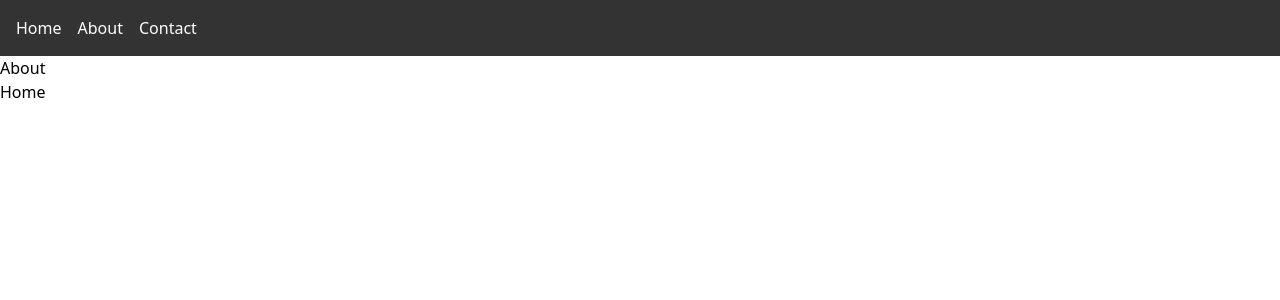
Repository: mamed259/test_app_vue3_nuxt_pinia
Page: /about
These files come from the project's save history. The page is drawn as it stood at one moment and after the next save; the edit follows.
The browser window is 1280 px wide. The pictures show the whole page.
The project was rebuilt for these pictures with package versions that can differ from the ones it lists, and the page was loaded fresh each time. The framework's server and built-in components were replaced by stand-ins that run in the browser. Also part of the build but not shown: nuxt.config.ts, components/BackButton.vue, components/CategoryItem.vue, components/Loading.vue.

Above is the page before, as saved 2024-06-05 10:31:09.

After the next save:
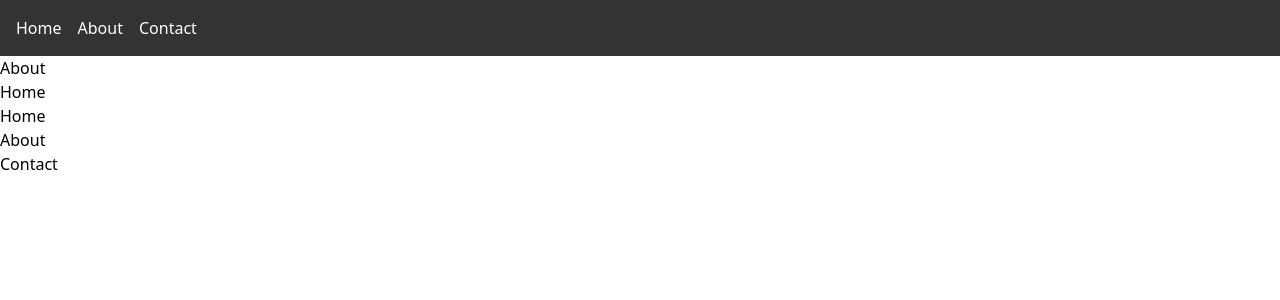
Saved 23 s later.
--- a/app.vue
+++ b/app.vue
@@ -4,5 +4,6 @@
     <main>
       <NuxtPage />
     </main>
+    <Footer />
   </div>
 </template>
--- a/components/Footer.vue
+++ b/components/Footer.vue
@@ -1,8 +1,7 @@
-<!-- components/Header.vue -->
+<!-- components/Footer.vue -->
 <template>
   <header>
     <nav>
-      <!-- Add your navigation items here -->
       <ul>
         <li><a href="/">Home</a></li>
         <li><a href="/about">About</a></li>
@@ -11,22 +10,3 @@
     </nav>
   </header>
 </template>
-
-<style scoped>
-/* Add your styles here */
-header {
-  background-color: #333;
-  color: white;
-  padding: 1rem;
-}
-
-nav ul {
-  display: flex;
-  list-style: none;
-}
-
-nav ul li {
-  margin-right: 1rem;
-}
-</style>
-can
